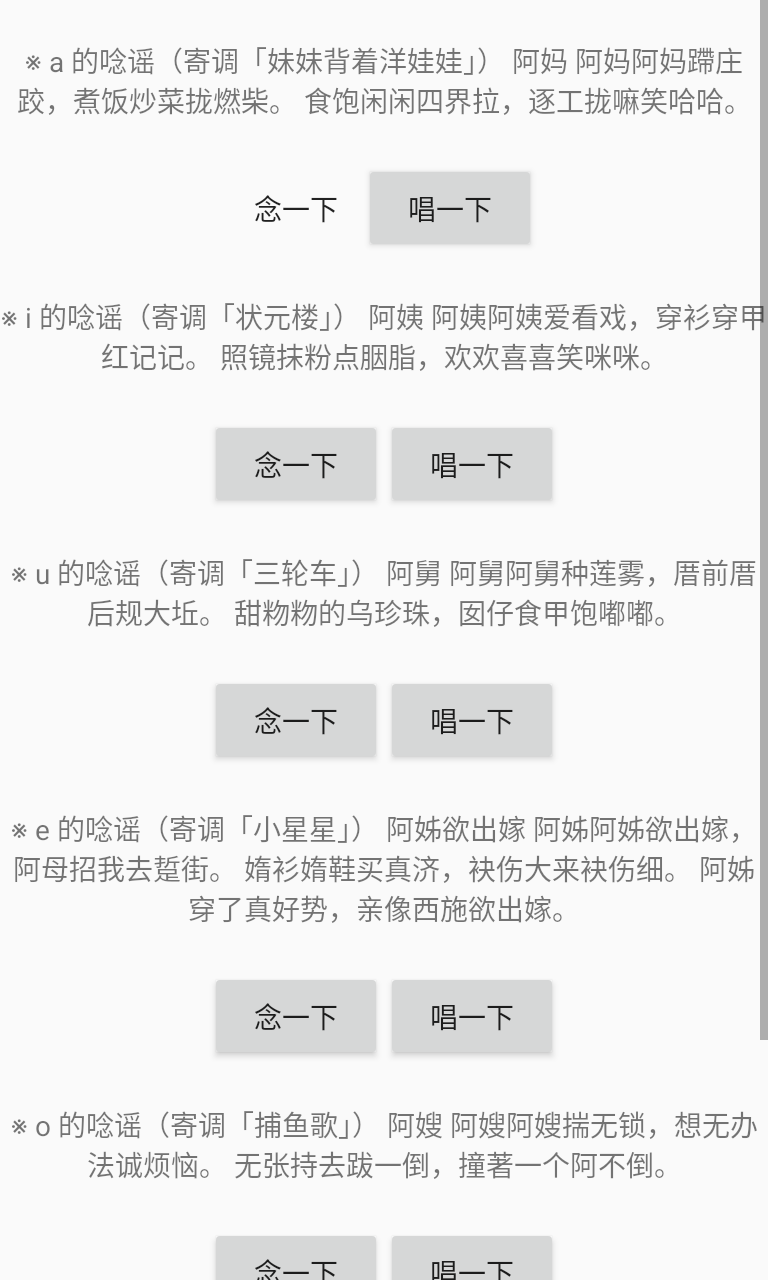
Repository: DIRONY/MinXue
Layout: MinXue/res/layout/fragment_nianyao.xml
An editor plug-in stored every save of this project. The layout is shown before and after the next save, followed by the edit.
It is drawn on a 768 x 1280 px phone screen (xhdpi) without system bars, with theme AppTheme; the app's code is not run.

Above is the layout before, as saved 2014-12-03 06:21:05.

### MinXue/res/layout/fragment_nianyao.xml
<?xml version="1.0" encoding="utf-8"?>
<ScrollView xmlns:android="http://schemas.android.com/apk/res/android"
    android:layout_width="match_parent"
    android:layout_height="match_parent" >

    <LinearLayout
        android:layout_width="match_parent"
        android:layout_height="wrap_content"
        android:orientation="vertical" >

        <TextView
            android:layout_width="match_parent"
            android:layout_height="wrap_content"
            android:layout_gravity="fill_vertical"
            android:layout_marginTop="20dp"
            android:gravity="center"
            android:text="※ a 的唸谣（寄调「妹妹背着洋娃娃」）
阿妈
阿妈阿妈蹛庄跤，煮饭炒菜拢燃柴。
食饱闲闲四界拉，逐工拢嘛笑哈哈。" />

        <LinearLayout
            android:layout_width="wrap_content"
            android:layout_height="wrap_content"
            android:layout_gravity="center"
            android:layout_marginTop="20dp"
            android:orientation="horizontal" >

            <Button
                android:id="@+id/a_read"
                android:layout_width="wrap_content"
                android:layout_height="wrap_content"
                style="?android:attr/actionButtonStyle"
                android:text="念一下" />

            <Button
                android:id="@+id/a_sing"
                android:layout_width="wrap_content"
                android:layout_height="wrap_content"
                android:text="唱一下" />
        </LinearLayout>

        <TextView
            android:layout_width="match_parent"
            android:layout_height="wrap_content"
            android:layout_gravity="fill_vertical"
            android:layout_marginTop="20dp"
            android:gravity="center"
            android:text="※ i 的唸谣（寄调「状元楼」）
阿姨
阿姨阿姨爱看戏，穿衫穿甲红记记。
照镜抹粉点胭脂，欢欢喜喜笑咪咪。" />

        <LinearLayout
            android:layout_width="wrap_content"
            android:layout_height="wrap_content"
            android:layout_gravity="center"
            android:layout_marginTop="20dp"
            android:orientation="horizontal" >

            <Button
                android:id="@+id/i_read"
                android:layout_width="wrap_content"
                android:layout_height="wrap_content"
                android:text="念一下" />

            <Button
                android:id="@+id/i_sing"
                android:layout_width="wrap_content"
                android:layout_height="wrap_content"
                android:text="唱一下" />
        </LinearLayout>

        <TextView
            android:layout_width="match_parent"
            android:layout_height="wrap_content"
            android:layout_gravity="fill_vertical"
            android:layout_marginTop="20dp"
            android:gravity="center"
            android:text="※ u 的唸谣（寄调「三轮车」）
阿舅
阿舅阿舅种莲雾，厝前厝后规大坵。
甜粅粅的乌珍珠，囡仔食甲饱嘟嘟。" />
         <LinearLayout
            android:layout_width="wrap_content"
            android:layout_height="wrap_content"
            android:layout_gravity="center"
            android:layout_marginTop="20dp"
            android:orientation="horizontal" >

            <Button
                android:id="@+id/u_read"
                android:layout_width="wrap_content"
                android:layout_height="wrap_content"
                android:text="念一下" />

            <Button
                android:id="@+id/u_sing"
                android:layout_width="wrap_content"
                android:layout_height="wrap_content"
                android:text="唱一下" />
        </LinearLayout>
         <TextView
            android:layout_width="match_parent"
            android:layout_height="wrap_content"
            android:layout_gravity="fill_vertical"
            android:layout_marginTop="20dp"
            android:gravity="center"
            android:text="※ e 的唸谣（寄调「小星星」）
阿姊欲出嫁
阿姊阿姊欲出嫁，阿母招我去踅街。
媠衫媠鞋买真济，袂伤大来袂伤细。
阿姊穿了真好势，亲像西施欲出嫁。" />
          <LinearLayout
            android:layout_width="wrap_content"
            android:layout_height="wrap_content"
            android:layout_gravity="center"
            android:layout_marginTop="20dp"
            android:orientation="horizontal" >

            <Button
                android:id="@+id/e_read"
                android:layout_width="wrap_content"
                android:layout_height="wrap_content"
                android:text="念一下" />

            <Button
                android:id="@+id/e_sing"
                android:layout_width="wrap_content"
                android:layout_height="wrap_content"
                android:text="唱一下" />
        </LinearLayout>
         <TextView
            android:layout_width="match_parent"
            android:layout_height="wrap_content"
            android:layout_gravity="fill_vertical"
            android:layout_marginTop="20dp"
            android:gravity="center"
            android:text="※ o 的唸谣（寄调「捕鱼歌」）
阿嫂
阿嫂阿嫂揣无锁，想无办法诚烦恼。
无张持去跋一倒，撞著一个阿不倒。" />
           <LinearLayout
            android:layout_width="wrap_content"
            android:layout_height="wrap_content"
            android:layout_gravity="center"
            android:layout_marginTop="20dp"
            android:orientation="horizontal" >

            <Button
                android:id="@+id/o_read"
                android:layout_width="wrap_content"
                android:layout_height="wrap_content"
                android:text="念一下" />

            <Button
                android:id="@+id/o_sing"
                android:layout_width="wrap_content"
                android:layout_height="wrap_content"
                android:text="唱一下" />
        </LinearLayout>
          <TextView
            android:layout_width="match_parent"
            android:layout_height="wrap_content"
            android:layout_gravity="fill_vertical"
            android:layout_marginTop="20dp"
            android:gravity="center"
            android:text="※ oo 的唸谣（寄调「小甜甜」）
阿祖
阿祖阿祖起烘炉，鰇鱼烘甲酥稣稣。
芳味冲甲规条路，孙仔食甲揽腹肚。" />
            <LinearLayout
            android:layout_width="wrap_content"
            android:layout_height="wrap_content"
            android:layout_gravity="center"
            android:layout_marginTop="20dp"
            android:orientation="horizontal" >

            <Button
                android:id="@+id/oo_read"
                android:layout_width="wrap_content"
                android:layout_height="wrap_content"
                android:text="念一下" />

            <Button
                android:id="@+id/oo_sing"
                android:layout_width="wrap_content"
                android:layout_height="wrap_content"
                android:text="唱一下" />
        </LinearLayout>
    </LinearLayout>
</ScrollView>

### MinXue/res/drawable/actionbar_tab_indicator.xml
<?xml version="1.0" encoding="utf-8"?>
<selector xmlns:android="http://schemas.android.com/apk/res/android" >
    <!-- STATES WHEN BUTTON IS NOT PRESSED -->

    <!-- Non focused states -->
    <item android:state_focused="false" android:state_selected="false"
          android:state_pressed="false"
          android:drawable="@color/softyellow" />
    <item android:state_focused="false" android:state_selected="true"
          android:state_pressed="false"
          android:drawable="@color/softred" />

    <!-- Focused states (such as when focused with a d-pad or mouse hover) -->
    <item android:state_focused="true" android:state_selected="false"
          android:state_pressed="false"
          android:drawable="@color/softyellow" />
    <item android:state_focused="true" android:state_selected="true"
          android:state_pressed="false"
          android:drawable="@color/softred" />


<!-- STATES WHEN BUTTON IS PRESSED -->

    <!-- Non focused states -->
    <item android:state_focused="false" android:state_selected="false"
          android:state_pressed="true"
          android:drawable="@color/softyellow" />
    <item android:state_focused="false" android:state_selected="true"
        android:state_pressed="true"
        android:drawable="@color/softred" />

    <!-- Focused states (such as when focused with a d-pad or mouse hover) -->
    <item android:state_focused="true" android:state_selected="false"
          android:state_pressed="true"
          android:drawable="@color/softyellow" />
    <item android:state_focused="true" android:state_selected="true"
          android:state_pressed="true"
          android:drawable="@color/softred" />

</selector>

### MinXue/res/values/color.xml
<?xml version="1.0" encoding="utf-8"?>
<resources>
    <color name="deepblue">#0067a6</color>
    <color name="tab_background_color">#f2e7da</color>
    <color name="softgreen">#008972</color>
    <color name="softyellow">#efc028</color>
    <color name="softred">#f2572d</color>

</resources>

Loaded but not shown: MinXue/res/values/styles.xml (common file); MinXue/res/values-v11/styles.xml (common file); MinXue/res/values-v14/styles.xml (common file)

After the next save:
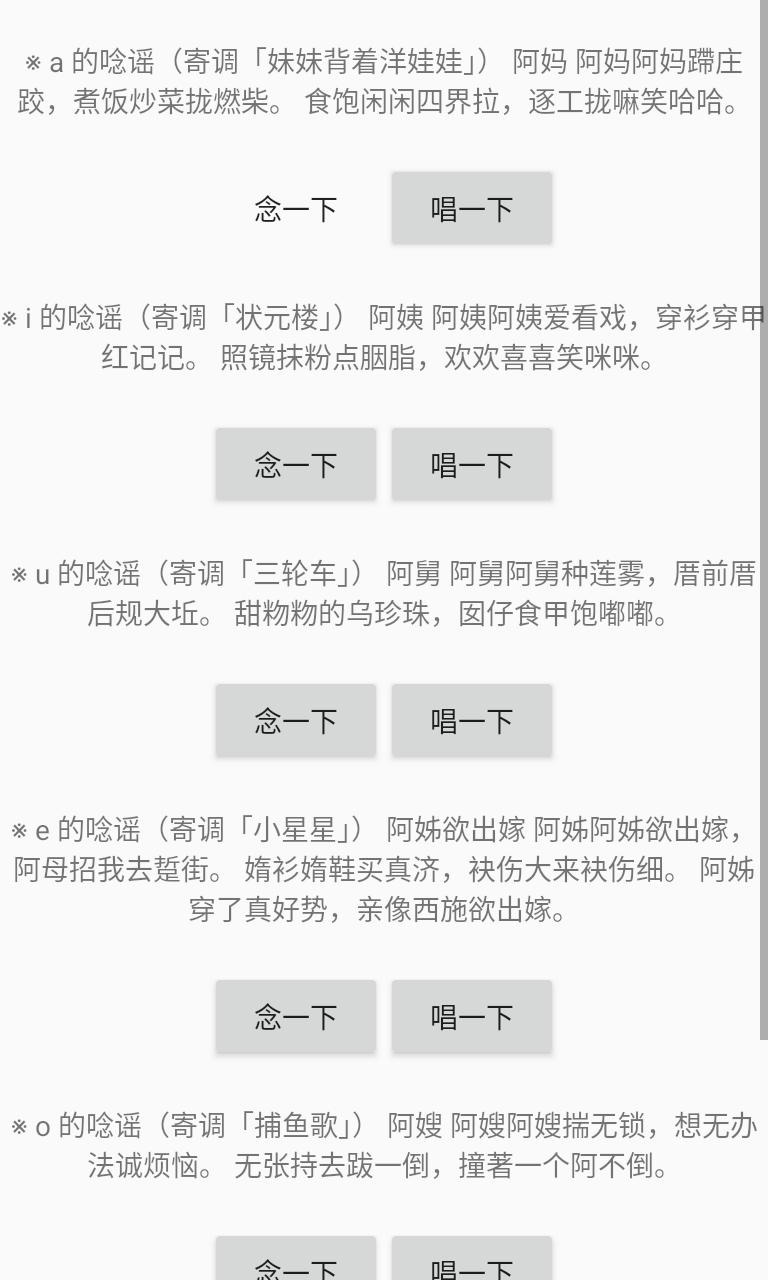
Saved 109 s later.
--- a/MinXue/res/layout/fragment_nianyao.xml
+++ b/MinXue/res/layout/fragment_nianyao.xml
@@ -30,7 +30,7 @@
                 android:id="@+id/a_read"
                 android:layout_width="wrap_content"
                 android:layout_height="wrap_content"
-                style="?android:attr/actionButtonStyle"
+                style="?android:attr/buttonBarStyle"
                 android:text="念一下" />
 
             <Button
